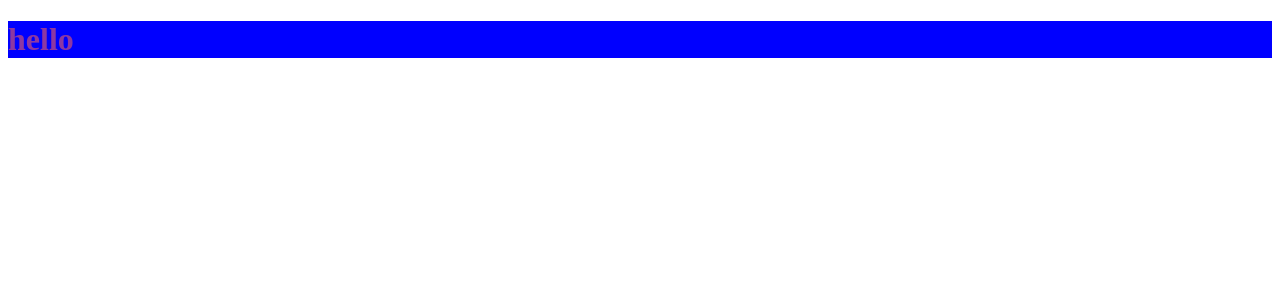
Repository: Jutta197/frontend726
Page: css_ex/color/index.html
An editor plug-in stored every save of this project. The page is shown before and after the next save, followed by the edit.
The browser window is 1280 px wide. The pictures show the whole page.

Above is the page before, as saved 2023-07-28 12:27:29.

After the next save:
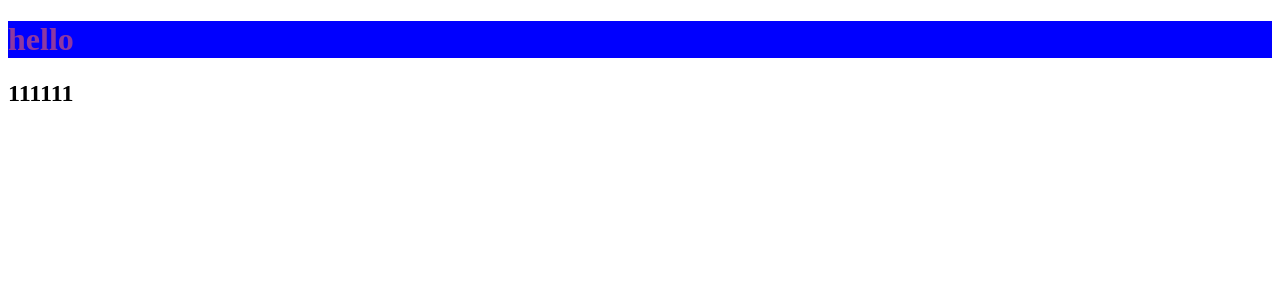
Saved 53 s later.
--- a/css_ex/color/index.html
+++ b/css_ex/color/index.html
@@ -10,6 +10,7 @@
 
 <body>
     <h1>hello</h1>
+    <h2>111111</h2>
 
 </body>
 
